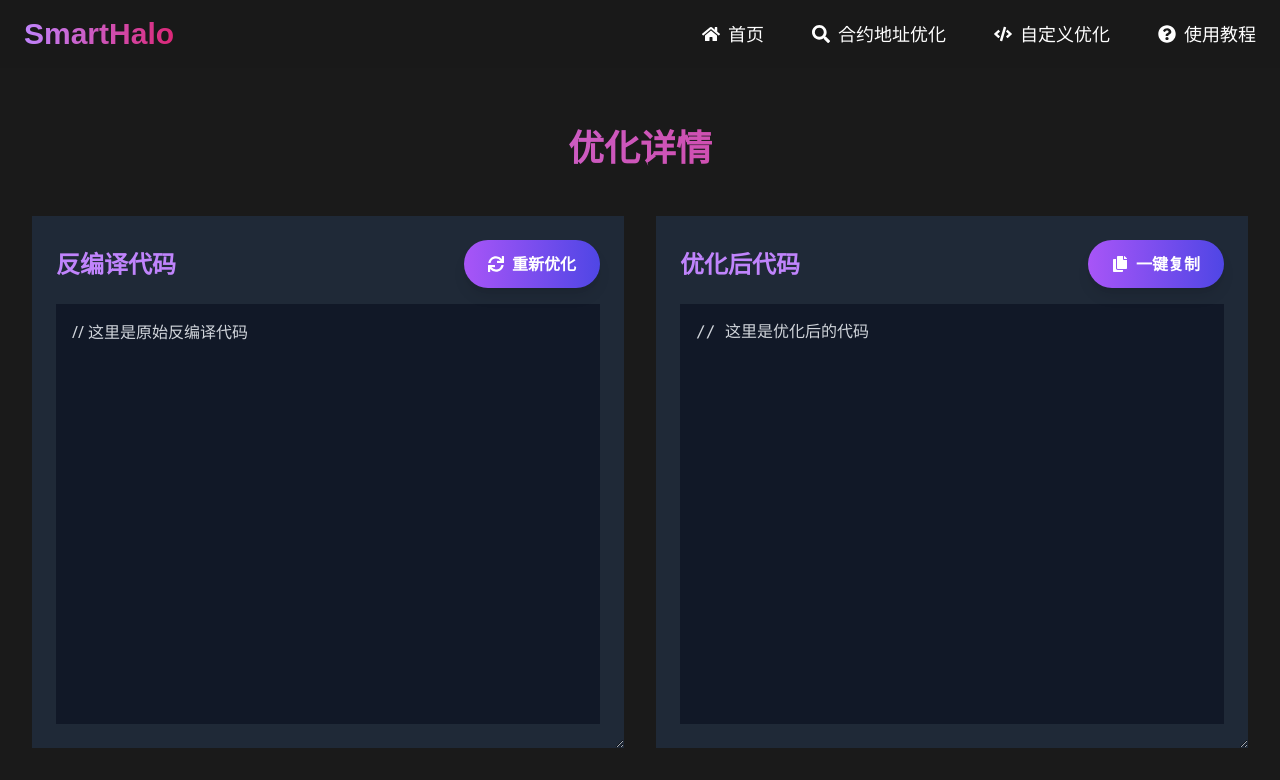
Repository: RunnerQuan/smart-halo
Page: /optimization-details
An editor plug-in stored every save of this project. The page is shown before and after the next save, followed by the edit.
The browser window is 1280 px wide. The pictures show the whole page.
The project was rebuilt for these pictures with package versions that can differ from the ones it lists, and the page was loaded fresh each time. The framework's server and built-in components were replaced by stand-ins that run in the browser. Also part of the build but not shown: next.config.mjs.

Above is the page before, as saved 2024-10-18 15:02:02.

### app/optimization-details/page.tsx
"use client";

import { useState, useEffect, useRef } from 'react';
import { motion } from 'framer-motion';
import AnimatedButton from '../../components/ui/animated-button';
import Navbar from '../../components/Navbar';
import { FaCopy, FaSync } from 'react-icons/fa';

export default function OptimizationDetails() {
  const [isCopied, setIsCopied] = useState(false);
  const [originalCode, setOriginalCode] = useState('// 这里是原始反编译代码');
  const [optimizedCode, setOptimizedCode] = useState('// 这里是优化后的代码');
  const leftRef = useRef(null);
  const rightRef = useRef(null);

  useEffect(() => {
    const handleResize = () => {
      if (leftRef.current && rightRef.current) {
        rightRef.current.style.height = leftRef.current.style.height;
      }
    };

    window.addEventListener('resize', handleResize);
    handleResize();

    return () => {
      window.removeEventListener('resize', handleResize);
    };
  }, []);

  const handleCopy = () => {
    navigator.clipboard.writeText(optimizedCode);
    setIsCopied(true);
    setTimeout(() => setIsCopied(false), 2000);
  };

  const handleReoptimize = () => {
    // 这里应该是重新优化的逻辑
    console.log("重新优化");
  };

  return (
    <main className="flex min-h-screen flex-col items-center justify-start p-8 bg-[#1A1A1A] text-white font-sans">
      <Navbar />
      <div className="mt-24 w-full max-w-7xl mx-auto">
        <motion.h1
          className="text-4xl font-bold mb-12 text-center text-transparent bg-clip-text bg-gradient-to-r from-purple-400 to-pink-600"
          initial={{ opacity: 0, y: -50 }}
          animate={{ opacity: 1, y: 0 }}
          transition={{ duration: 0.5 }}
        >
          优化详情
        </motion.h1>

        <div className="w-full flex flex-col md:flex-row space-y-8 md:space-y-0 md:space-x-8">
          <motion.div
            ref={leftRef}
            className="flex-1 bg-gray-800 rounded-lg p-6 relative flex flex-col resize overflow-auto"
            initial={{ opacity: 0, x: -50 }}
            animate={{ opacity: 1, x: 0 }}
            transition={{ duration: 0.5, delay: 0.2 }}
          >
            <div className="flex justify-between items-center mb-4">
              <h2 className="text-2xl font-semibold text-purple-400">反编译代码</h2>
              <AnimatedButton onClick={handleReoptimize} className="flex items-center">
                <FaSync className="mr-2" />
                重新优化
              </AnimatedButton>
            </div>
            <textarea
              className="w-full h-[calc(100vh-300px)] bg-gray-900 text-gray-300 p-4 rounded-lg focus:outline-none focus:ring-2 focus:ring-purple-500 resize-none"
              value={originalCode}
              onChange={(e) => setOriginalCode(e.target.value)}
            ></textarea>
          </motion.div>

          <motion.div
            ref={rightRef}
            className="flex-1 bg-gray-800 rounded-lg p-6 relative flex flex-col resize overflow-auto"
            initial={{ opacity: 0, x: 50 }}
            animate={{ opacity: 1, x: 0 }}
            transition={{ duration: 0.5, delay: 0.4 }}
          >
            <div className="flex justify-between items-center mb-4">
              <h2 className="text-2xl font-semibold text-purple-400">优化后代码</h2>
              <AnimatedButton onClick={handleCopy} className="flex items-center">
                <FaCopy className="mr-2" />
                一键复制
              </AnimatedButton>
            </div>
            <pre className="w-full h-[calc(100vh-300px)] bg-gray-900 text-gray-300 p-4 rounded-lg overflow-auto resize-none">
              {optimizedCode}
            </pre>
          </motion.div>
        </div>

        {isCopied && (
          <motion.div
            className="fixed bottom-8 right-8 bg-green-500 text-white px-4 py-2 rounded-lg shadow-lg"
            initial={{ opacity: 0, y: 50 }}
            animate={{ opacity: 1, y: 0 }}
            exit={{ opacity: 0, y: 50 }}
          >
            优化后代码已复制到剪贴板
          </motion.div>
        )}
      </div>
    </main>
  );
}

### app/globals.css
@import url('https://fonts.googleapis.com/css2?family=Roboto:wght@300;400;500;700&display=swap');

@tailwind base;
@tailwind components;
@tailwind utilities;

:root {
  --foreground-rgb: 255, 255, 255;
  --background-start-rgb: 42, 42, 42;
  --background-end-rgb: 42, 42, 42;
}

body {
  color: rgb(var(--foreground-rgb));
  background: linear-gradient(
      to bottom,
      transparent,
      rgb(var(--background-end-rgb))
    )
    rgb(var(--background-start-rgb));
  font-family: 'Roboto', sans-serif;
}

### components/ui/animated-button.tsx
import React from 'react';

interface AnimatedButtonProps extends React.ButtonHTMLAttributes<HTMLButtonElement> {
  children: React.ReactNode;
}

const AnimatedButton: React.FC<AnimatedButtonProps> = ({ children, className, ...props }) => {
  return (
    <button
      className={`
        px-6 py-3 rounded-full text-white font-semibold
        bg-gradient-to-r from-purple-500 to-indigo-600
        hover:from-purple-600 hover:to-indigo-700
        transform hover:scale-105 transition duration-300 ease-in-out
        focus:outline-none focus:ring-2 focus:ring-purple-500 focus:ring-opacity-50
        shadow-lg hover:shadow-xl
        ${className}
      `}
      {...props}
    >
      {children}
    </button>
  );
};

export default AnimatedButton;

### components/Navbar.tsx
import Link from "next/link";
import { FaHome, FaCode, FaSearch, FaQuestionCircle } from 'react-icons/fa';

const navItems = [
  { name: '首页', href: '/', icon: <FaHome className="mr-2" /> },
  { name: '合约地址优化', href: '/contract-optimization', icon: <FaSearch className="mr-2" /> },
  { name: '自定义优化', href: '/custom-optimization', icon: <FaCode className="mr-2" /> },
  { name: '使用教程', href: '/help', icon: <FaQuestionCircle className="mr-2" /> },
];

export default function Navbar() {
  return (
    <nav className="fixed top-0 left-0 right-0 z-10 bg-[#1A1A1A] bg-opacity-80 backdrop-filter backdrop-blur-lg">
      <div className="container mx-auto px-6 py-4 flex justify-between items-center">
        <Link href="/" className="flex items-center">
          <span className="text-3xl font-bold bg-clip-text text-transparent bg-gradient-to-r from-purple-400 to-pink-600 font-tech">
            SmartHalo
          </span>
        </Link>
        <div className="hidden md:flex items-center space-x-12 text-lg">
          {navItems.map((item) => (
            <Link key={item.name} href={item.href} className="flex items-center">
              <span className="flex items-center">
                {item.icon}
                {item.name}
              </span>
            </Link>
          ))}
        </div>
      </div>
    </nav>
  );
}

Loaded but not shown: app/layout.tsx (common file); tailwind.config.js (83 lines, source omitted)

After the next save:
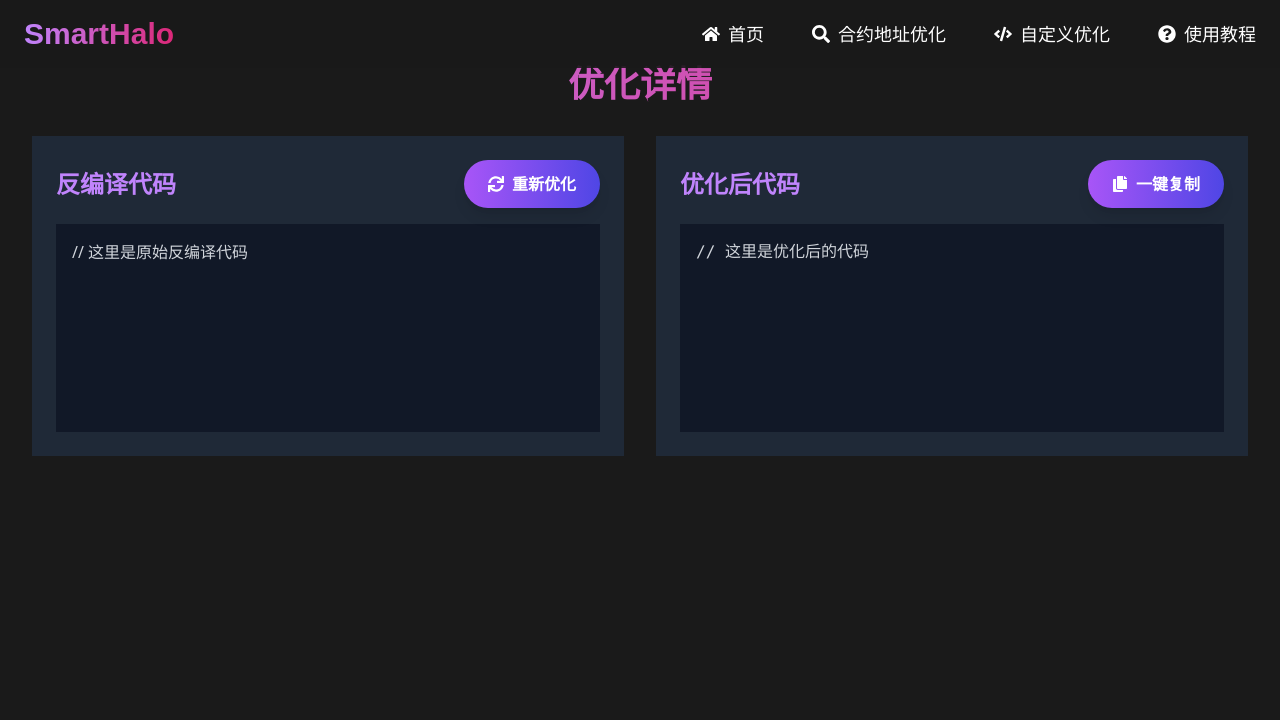
Saved 93 s later.
--- a/app/optimization-details/page.tsx
+++ b/app/optimization-details/page.tsx
@@ -1,3 +1,114 @@
+// "use client";
+
+// import { useState, useEffect, useRef } from 'react';
+// import { motion } from 'framer-motion';
+// import AnimatedButton from '../../components/ui/animated-button';
+// import Navbar from '../../components/Navbar';
+// import { FaCopy, FaSync } from 'react-icons/fa';
+
+// export default function OptimizationDetails() {
+//   const [isCopied, setIsCopied] = useState(false);
+//   const [originalCode, setOriginalCode] = useState('// 这里是原始反编译代码');
+//   const [optimizedCode, setOptimizedCode] = useState('// 这里是优化后的代码');
+//   const leftRef = useRef(null);
+//   const rightRef = useRef(null);
+
+//   useEffect(() => {
+//     const handleResize = () => {
+//       if (leftRef.current && rightRef.current) {
+//         rightRef.current.style.height = leftRef.current.style.height;
+//       }
+//     };
+
+//     window.addEventListener('resize', handleResize);
+//     handleResize();
+
+//     return () => {
+//       window.removeEventListener('resize', handleResize);
+//     };
+//   }, []);
+
+//   const handleCopy = () => {
+//     navigator.clipboard.writeText(optimizedCode);
+//     setIsCopied(true);
+//     setTimeout(() => setIsCopied(false), 2000);
+//   };
+
+//   const handleReoptimize = () => {
+//     // 这里应该是重新优化的逻辑
+//     console.log("重新优化");
+//   };
+
+//   return (
+//     <main className="flex min-h-screen flex-col items-center justify-start p-8 bg-[#1A1A1A] text-white font-sans">
+//       <Navbar />
+//       <div className="mt-24 w-full max-w-7xl mx-auto">
+//         <motion.h1
+//           className="text-4xl font-bold mb-12 text-center text-transparent bg-clip-text bg-gradient-to-r from-purple-400 to-pink-600"
+//           initial={{ opacity: 0, y: -50 }}
+//           animate={{ opacity: 1, y: 0 }}
+//           transition={{ duration: 0.5 }}
+//         >
+//           优化详情
+//         </motion.h1>
+
+//         <div className="w-full flex flex-col md:flex-row space-y-8 md:space-y-0 md:space-x-8">
+//           <motion.div
+//             ref={leftRef}
+//             className="flex-1 bg-gray-800 rounded-lg p-6 relative flex flex-col resize overflow-auto"
+//             initial={{ opacity: 0, x: -50 }}
+//             animate={{ opacity: 1, x: 0 }}
+//             transition={{ duration: 0.5, delay: 0.2 }}
+//           >
+//             <div className="flex justify-between items-center mb-4">
+//               <h2 className="text-2xl font-semibold text-purple-400">反编译代码</h2>
+//               <AnimatedButton onClick={handleReoptimize} className="flex items-center">
+//                 <FaSync className="mr-2" />
+//                 重新优化
+//               </AnimatedButton>
+//             </div>
+//             <textarea
+//               className="w-full h-[calc(100vh-300px)] bg-gray-900 text-gray-300 p-4 rounded-lg focus:outline-none focus:ring-2 focus:ring-purple-500 resize-none"
+//               value={originalCode}
+//               onChange={(e) => setOriginalCode(e.target.value)}
+//             ></textarea>
+//           </motion.div>
+
+//           <motion.div
+//             ref={rightRef}
+//             className="flex-1 bg-gray-800 rounded-lg p-6 relative flex flex-col resize overflow-auto"
+//             initial={{ opacity: 0, x: 50 }}
+//             animate={{ opacity: 1, x: 0 }}
+//             transition={{ duration: 0.5, delay: 0.4 }}
+//           >
+//             <div className="flex justify-between items-center mb-4">
+//               <h2 className="text-2xl font-semibold text-purple-400">优化后代码</h2>
+//               <AnimatedButton onClick={handleCopy} className="flex items-center">
+//                 <FaCopy className="mr-2" />
+//                 一键复制
+//               </AnimatedButton>
+//             </div>
+//             <pre className="w-full h-[calc(100vh-300px)] bg-gray-900 text-gray-300 p-4 rounded-lg overflow-auto resize-none">
+//               {optimizedCode}
+//             </pre>
+//           </motion.div>
+//         </div>
+
+//         {isCopied && (
+//           <motion.div
+//             className="fixed bottom-8 right-8 bg-green-500 text-white px-4 py-2 rounded-lg shadow-lg"
+//             initial={{ opacity: 0, y: 50 }}
+//             animate={{ opacity: 1, y: 0 }}
+//             exit={{ opacity: 0, y: 50 }}
+//           >
+//             优化后代码已复制到剪贴板
+//           </motion.div>
+//         )}
+//       </div>
+//     </main>
+//   );
+// }
+
 "use client";
 
 import { useState, useEffect, useRef } from 'react';
@@ -42,9 +153,9 @@
   return (
     <main className="flex min-h-screen flex-col items-center justify-start p-8 bg-[#1A1A1A] text-white font-sans">
       <Navbar />
-      <div className="mt-24 w-full max-w-7xl mx-auto">
+      <div className="mt-8 w-full max-w-7xl mx-auto">
         <motion.h1
-          className="text-4xl font-bold mb-12 text-center text-transparent bg-clip-text bg-gradient-to-r from-purple-400 to-pink-600"
+          className="text-4xl font-bold mb-8 text-center text-transparent bg-clip-text bg-gradient-to-r from-purple-400 to-pink-600"
           initial={{ opacity: 0, y: -50 }}
           animate={{ opacity: 1, y: 0 }}
           transition={{ duration: 0.5 }}
@@ -55,7 +166,7 @@
         <div className="w-full flex flex-col md:flex-row space-y-8 md:space-y-0 md:space-x-8">
           <motion.div
             ref={leftRef}
-            className="flex-1 bg-gray-800 rounded-lg p-6 relative flex flex-col resize overflow-auto"
+            className="flex-1 bg-gray-800 rounded-lg p-6 relative flex flex-col overflow-auto h-[calc(100vh-400px)]"
             initial={{ opacity: 0, x: -50 }}
             animate={{ opacity: 1, x: 0 }}
             transition={{ duration: 0.5, delay: 0.2 }}
@@ -68,7 +179,7 @@
               </AnimatedButton>
             </div>
             <textarea
-              className="w-full h-[calc(100vh-300px)] bg-gray-900 text-gray-300 p-4 rounded-lg focus:outline-none focus:ring-2 focus:ring-purple-500 resize-none"
+              className="w-full h-[calc(100vh-400px)] bg-gray-900 text-gray-300 p-4 rounded-lg focus:outline-none focus:ring-2 focus:ring-purple-500 resize-none"
               value={originalCode}
               onChange={(e) => setOriginalCode(e.target.value)}
             ></textarea>
@@ -76,7 +187,7 @@
 
           <motion.div
             ref={rightRef}
-            className="flex-1 bg-gray-800 rounded-lg p-6 relative flex flex-col resize overflow-auto"
+            className="flex-1 bg-gray-800 rounded-lg p-6 relative flex flex-col overflow-auto h-[calc(100vh-400px)]"
             initial={{ opacity: 0, x: 50 }}
             animate={{ opacity: 1, x: 0 }}
             transition={{ duration: 0.5, delay: 0.4 }}
@@ -88,7 +199,7 @@
                 一键复制
               </AnimatedButton>
             </div>
-            <pre className="w-full h-[calc(100vh-300px)] bg-gray-900 text-gray-300 p-4 rounded-lg overflow-auto resize-none">
+            <pre className="w-full h-[calc(100vh-400px)] bg-gray-900 text-gray-300 p-4 rounded-lg overflow-auto resize-none">
               {optimizedCode}
             </pre>
           </motion.div>

After the save that followed:
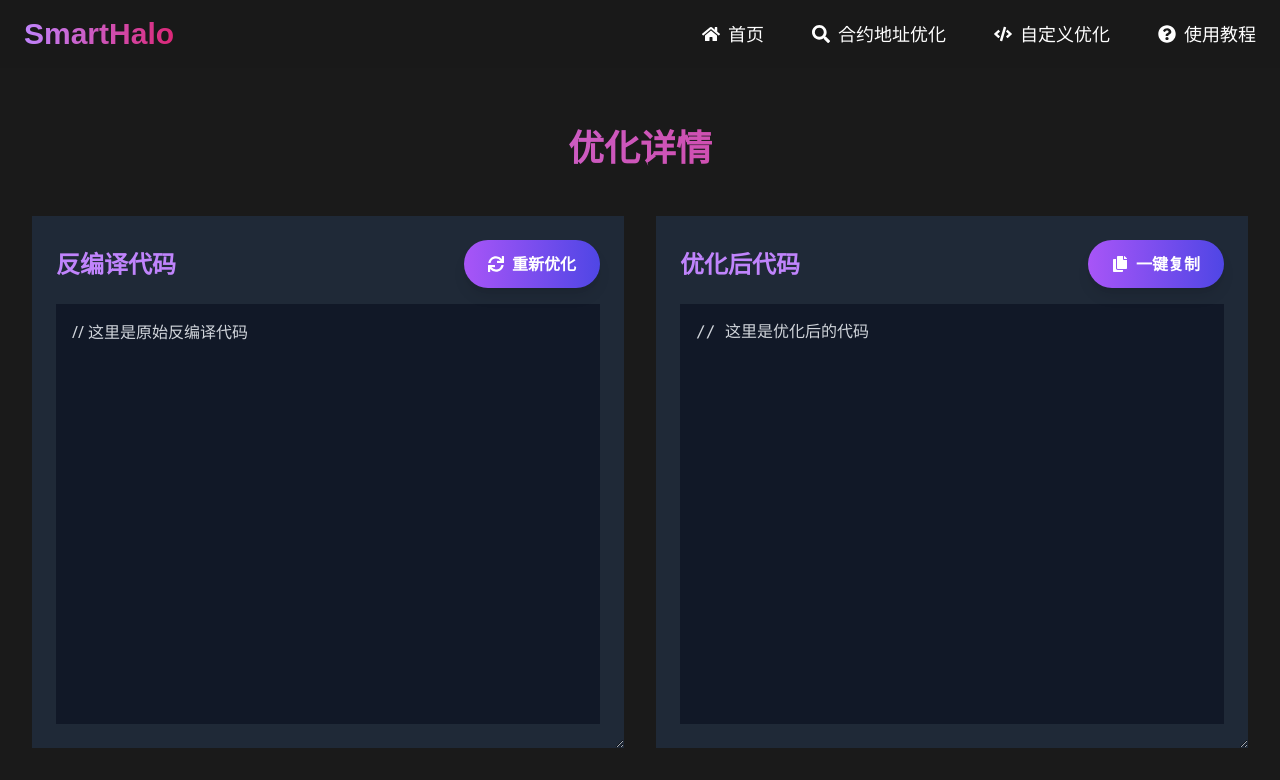
Saved 10 s later.
--- a/app/optimization-details/page.tsx
+++ b/app/optimization-details/page.tsx
@@ -1,114 +1,3 @@
-// "use client";
-
-// import { useState, useEffect, useRef } from 'react';
-// import { motion } from 'framer-motion';
-// import AnimatedButton from '../../components/ui/animated-button';
-// import Navbar from '../../components/Navbar';
-// import { FaCopy, FaSync } from 'react-icons/fa';
-
-// export default function OptimizationDetails() {
-//   const [isCopied, setIsCopied] = useState(false);
-//   const [originalCode, setOriginalCode] = useState('// 这里是原始反编译代码');
-//   const [optimizedCode, setOptimizedCode] = useState('// 这里是优化后的代码');
-//   const leftRef = useRef(null);
-//   const rightRef = useRef(null);
-
-//   useEffect(() => {
-//     const handleResize = () => {
-//       if (leftRef.current && rightRef.current) {
-//         rightRef.current.style.height = leftRef.current.style.height;
-//       }
-//     };
-
-//     window.addEventListener('resize', handleResize);
-//     handleResize();
-
-//     return () => {
-//       window.removeEventListener('resize', handleResize);
-//     };
-//   }, []);
-
-//   const handleCopy = () => {
-//     navigator.clipboard.writeText(optimizedCode);
-//     setIsCopied(true);
-//     setTimeout(() => setIsCopied(false), 2000);
-//   };
-
-//   const handleReoptimize = () => {
-//     // 这里应该是重新优化的逻辑
-//     console.log("重新优化");
-//   };
-
-//   return (
-//     <main className="flex min-h-screen flex-col items-center justify-start p-8 bg-[#1A1A1A] text-white font-sans">
-//       <Navbar />
-//       <div className="mt-24 w-full max-w-7xl mx-auto">
-//         <motion.h1
-//           className="text-4xl font-bold mb-12 text-center text-transparent bg-clip-text bg-gradient-to-r from-purple-400 to-pink-600"
-//           initial={{ opacity: 0, y: -50 }}
-//           animate={{ opacity: 1, y: 0 }}
-//           transition={{ duration: 0.5 }}
-//         >
-//           优化详情
-//         </motion.h1>
-
-//         <div className="w-full flex flex-col md:flex-row space-y-8 md:space-y-0 md:space-x-8">
-//           <motion.div
-//             ref={leftRef}
-//             className="flex-1 bg-gray-800 rounded-lg p-6 relative flex flex-col resize overflow-auto"
-//             initial={{ opacity: 0, x: -50 }}
-//             animate={{ opacity: 1, x: 0 }}
-//             transition={{ duration: 0.5, delay: 0.2 }}
-//           >
-//             <div className="flex justify-between items-center mb-4">
-//               <h2 className="text-2xl font-semibold text-purple-400">反编译代码</h2>
-//               <AnimatedButton onClick={handleReoptimize} className="flex items-center">
-//                 <FaSync className="mr-2" />
-//                 重新优化
-//               </AnimatedButton>
-//             </div>
-//             <textarea
-//               className="w-full h-[calc(100vh-300px)] bg-gray-900 text-gray-300 p-4 rounded-lg focus:outline-none focus:ring-2 focus:ring-purple-500 resize-none"
-//               value={originalCode}
-//               onChange={(e) => setOriginalCode(e.target.value)}
-//             ></textarea>
-//           </motion.div>
-
-//           <motion.div
-//             ref={rightRef}
-//             className="flex-1 bg-gray-800 rounded-lg p-6 relative flex flex-col resize overflow-auto"
-//             initial={{ opacity: 0, x: 50 }}
-//             animate={{ opacity: 1, x: 0 }}
-//             transition={{ duration: 0.5, delay: 0.4 }}
-//           >
-//             <div className="flex justify-between items-center mb-4">
-//               <h2 className="text-2xl font-semibold text-purple-400">优化后代码</h2>
-//               <AnimatedButton onClick={handleCopy} className="flex items-center">
-//                 <FaCopy className="mr-2" />
-//                 一键复制
-//               </AnimatedButton>
-//             </div>
-//             <pre className="w-full h-[calc(100vh-300px)] bg-gray-900 text-gray-300 p-4 rounded-lg overflow-auto resize-none">
-//               {optimizedCode}
-//             </pre>
-//           </motion.div>
-//         </div>
-
-//         {isCopied && (
-//           <motion.div
-//             className="fixed bottom-8 right-8 bg-green-500 text-white px-4 py-2 rounded-lg shadow-lg"
-//             initial={{ opacity: 0, y: 50 }}
-//             animate={{ opacity: 1, y: 0 }}
-//             exit={{ opacity: 0, y: 50 }}
-//           >
-//             优化后代码已复制到剪贴板
-//           </motion.div>
-//         )}
-//       </div>
-//     </main>
-//   );
-// }
-
 "use client";
 
 import { useState, useEffect, useRef } from 'react';
@@ -153,9 +42,9 @@
   return (
     <main className="flex min-h-screen flex-col items-center justify-start p-8 bg-[#1A1A1A] text-white font-sans">
       <Navbar />
-      <div className="mt-8 w-full max-w-7xl mx-auto">
+      <div className="mt-24 w-full max-w-7xl mx-auto">
         <motion.h1
-          className="text-4xl font-bold mb-8 text-center text-transparent bg-clip-text bg-gradient-to-r from-purple-400 to-pink-600"
+          className="text-4xl font-bold mb-12 text-center text-transparent bg-clip-text bg-gradient-to-r from-purple-400 to-pink-600"
           initial={{ opacity: 0, y: -50 }}
           animate={{ opacity: 1, y: 0 }}
           transition={{ duration: 0.5 }}
@@ -166,7 +55,7 @@
         <div className="w-full flex flex-col md:flex-row space-y-8 md:space-y-0 md:space-x-8">
           <motion.div
             ref={leftRef}
-            className="flex-1 bg-gray-800 rounded-lg p-6 relative flex flex-col overflow-auto h-[calc(100vh-400px)]"
+            className="flex-1 bg-gray-800 rounded-lg p-6 relative flex flex-col resize overflow-auto"
             initial={{ opacity: 0, x: -50 }}
             animate={{ opacity: 1, x: 0 }}
             transition={{ duration: 0.5, delay: 0.2 }}
@@ -179,7 +68,7 @@
               </AnimatedButton>
             </div>
             <textarea
-              className="w-full h-[calc(100vh-400px)] bg-gray-900 text-gray-300 p-4 rounded-lg focus:outline-none focus:ring-2 focus:ring-purple-500 resize-none"
+              className="w-full h-[calc(100vh-300px)] bg-gray-900 text-gray-300 p-4 rounded-lg focus:outline-none focus:ring-2 focus:ring-purple-500 resize-none"
               value={originalCode}
               onChange={(e) => setOriginalCode(e.target.value)}
             ></textarea>
@@ -187,7 +76,7 @@
 
           <motion.div
             ref={rightRef}
-            className="flex-1 bg-gray-800 rounded-lg p-6 relative flex flex-col overflow-auto h-[calc(100vh-400px)]"
+            className="flex-1 bg-gray-800 rounded-lg p-6 relative flex flex-col resize overflow-auto"
             initial={{ opacity: 0, x: 50 }}
             animate={{ opacity: 1, x: 0 }}
             transition={{ duration: 0.5, delay: 0.4 }}
@@ -199,7 +88,7 @@
                 一键复制
               </AnimatedButton>
             </div>
-            <pre className="w-full h-[calc(100vh-400px)] bg-gray-900 text-gray-300 p-4 rounded-lg overflow-auto resize-none">
+            <pre className="w-full h-[calc(100vh-300px)] bg-gray-900 text-gray-300 p-4 rounded-lg overflow-auto resize-none">
               {optimizedCode}
             </pre>
           </motion.div>
